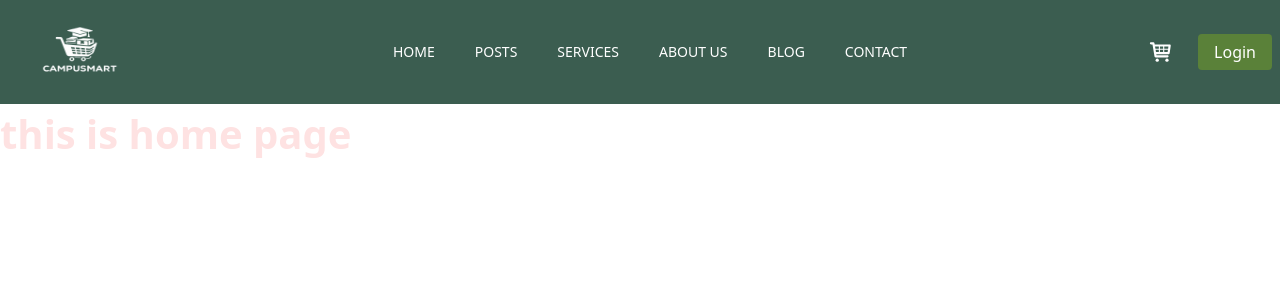
Repository: jahidhasanri/CAMPUSMART
Page: /
The author's editor kept a copy of each file at every save. The page is drawn from the files as they stood at one save, then again after the next save.
The browser window is 1280 px wide. The pictures show the whole page.
The project was rebuilt for these pictures with package versions that can differ from the ones it lists, and the page was loaded fresh each time. Also part of the build but not shown: vite.config.js.

Above is the page before, as saved 2026-01-12 21:59:01.

After the next save:
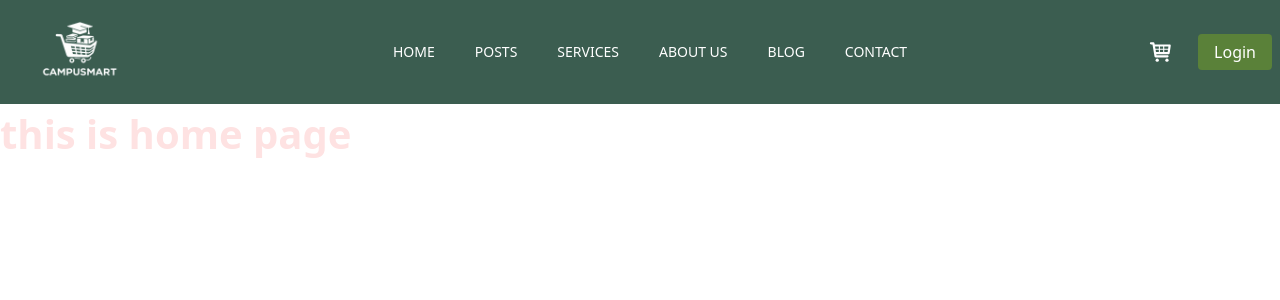
Saved 6 s later.
--- a/src/components/Navbar.jsx
+++ b/src/components/Navbar.jsx
@@ -23,7 +23,7 @@ const Navbar = () => {
 
           {/* Logo */}
          <Link href={'/'}>
-          <img src="/images/campu_logo-removebg-preview.png" className="w-36 h-20" alt="Green Nest Logo" />
+          <img src="/images/campu_logo-removebg-preview.png" className="w-36 h-24" alt="Green Nest Logo" />
          </Link>
 
           {/* Desktop Menu (lg only) */}
